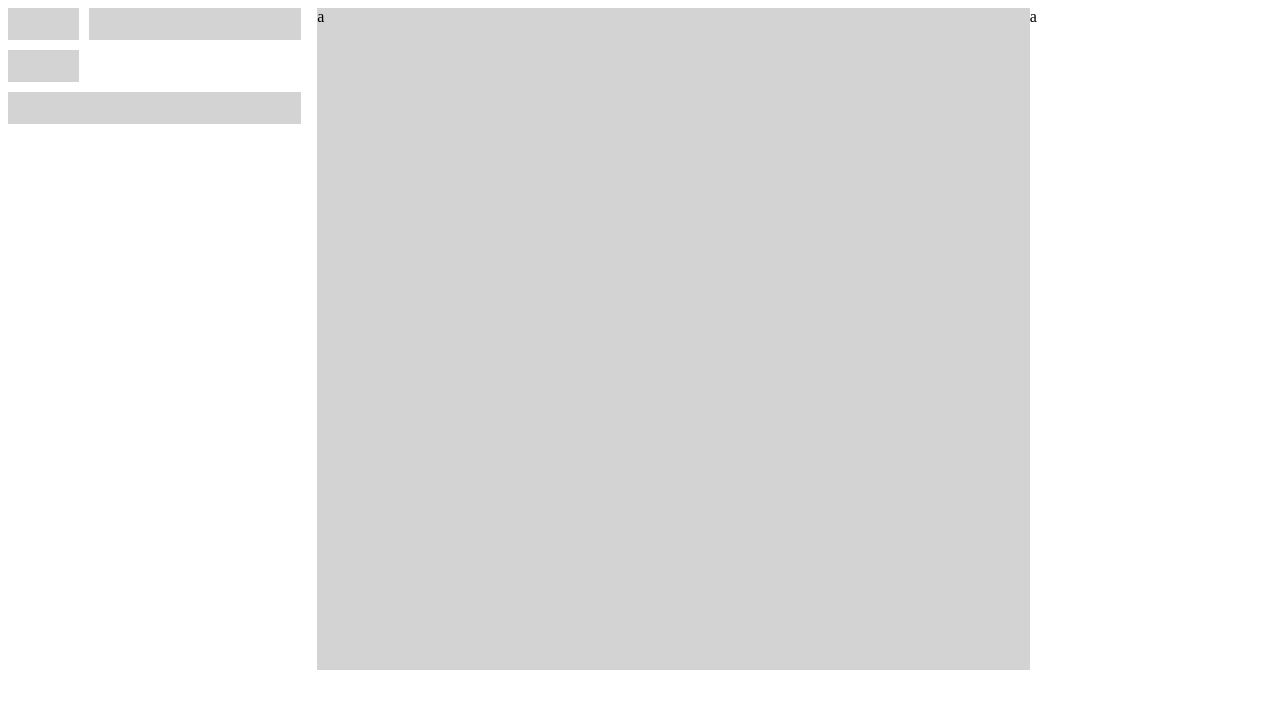
Repository: tr2cky/exercise2
Page: index.html
The author's editor kept a copy of each file at every save. The page is drawn from the files as they stood at one save, then again after the next save.
The browser window is 1280 px wide. The pictures show the whole page.

Above is the page before, as saved 2022-10-01 11:40:41.

After the next save:
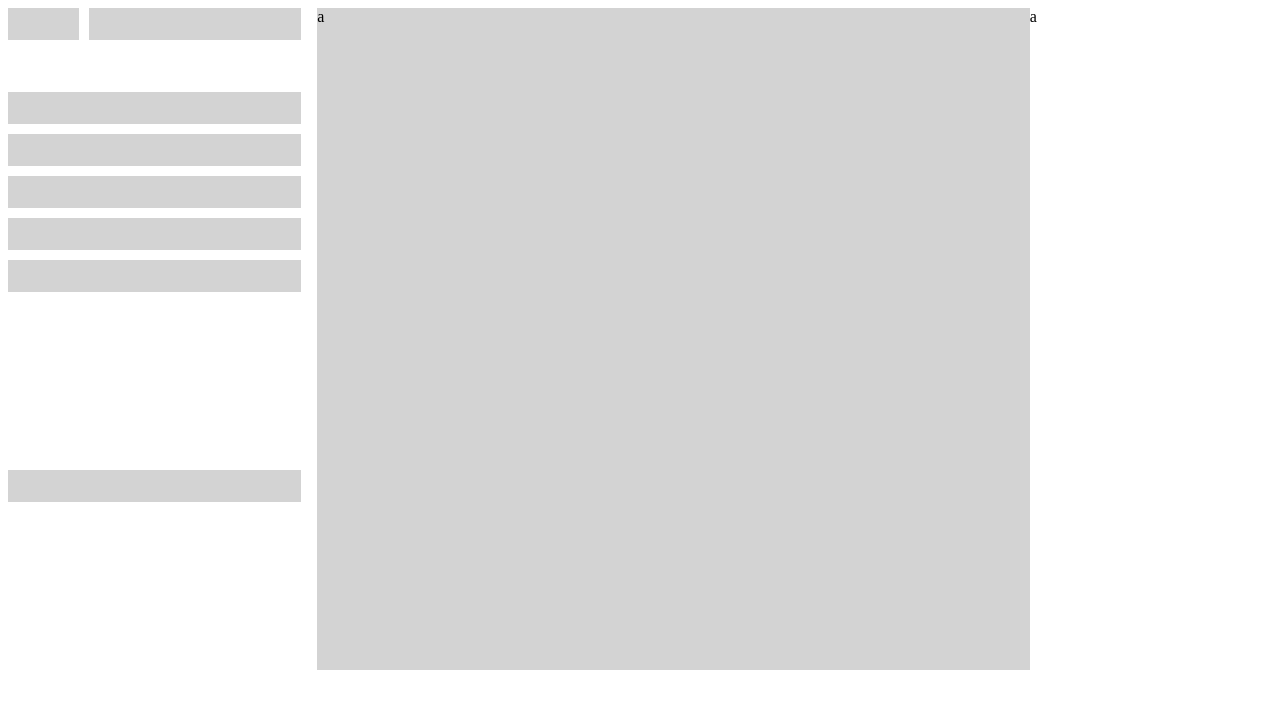
Saved 87 s later.
--- a/style.css
+++ b/style.css
@@ -31,17 +31,21 @@ main {
 }
 #box4{
     grid-column: 1/3;
-    grid-row: 3
+    grid-row: 4;
 }
 #box5{
     grid-column: 1/3;
-    grid-row: 3
+    grid-row: 5;
 }
 #box6{
     grid-column: 1/3;
-    grid-row: 3
+    grid-row: 6;
 }
 #box7{
     grid-column: 1/3;
-    grid-row: 3
+        grid-row: 7;
 }
+#box8 {
+    grid-column: 1/3;
+    grid-row: 12;
+}
